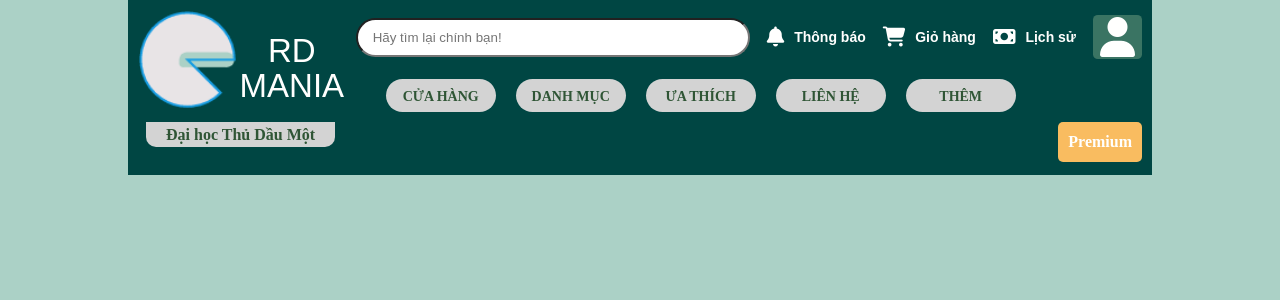
Repository: BinhTeach/rdmania
Page: Html/main.html
An editor plug-in stored every save of this project. The page is shown before and after a run of saves, followed by the edit.
The browser window is 1280 px wide. The pictures show the whole page.
Some web fonts or font styles are not loaded; a fallback is used. Some web libraries are served in a nearby version.

Above is the page before, as saved 2024-03-01 00:20:09.

After the next 2 saves:
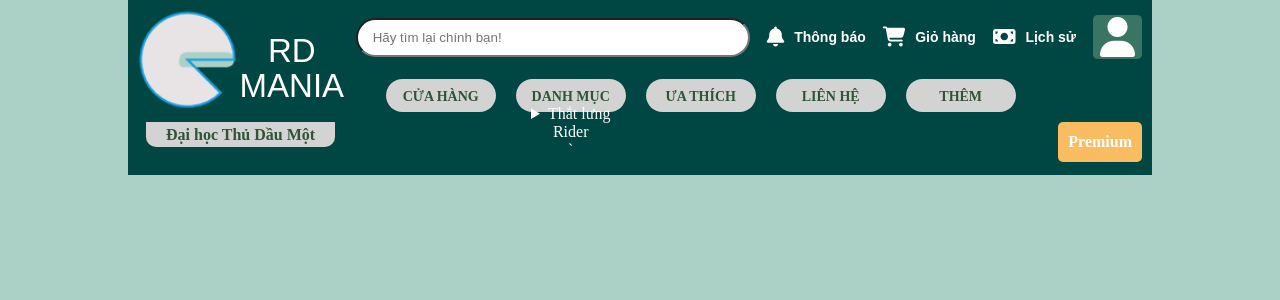
The 2 saves are shown as one change because they came seconds apart.
The last was saved 34 s later.
--- a/Css/styles.css
+++ b/Css/styles.css
@@ -270,9 +270,7 @@
     margin:10px;
     position: relative;
 }
-.header__nav--menu:hover a div{
-    display:block;
-}
+#sideBar__
 #sideBar__hidden{
     display:none;
     position: absolute;

After the 2 saves that followed:
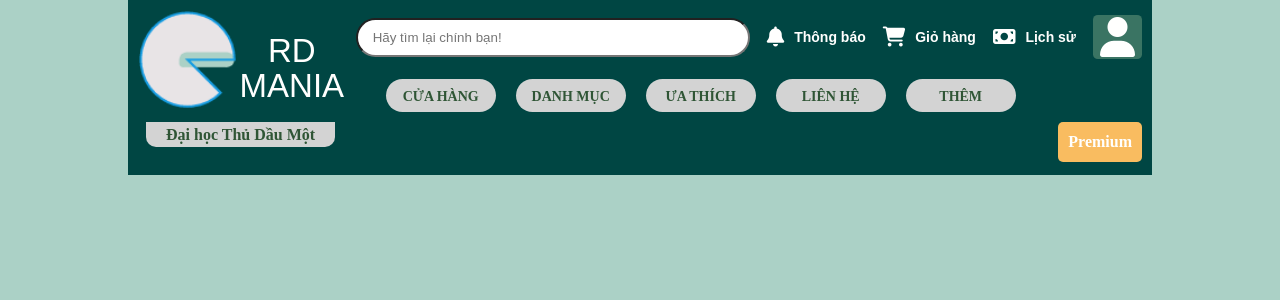
The 2 saves are shown as one change because they came seconds apart.
The last was saved 8 s later.
--- a/Css/styles.css
+++ b/Css/styles.css
@@ -270,7 +270,9 @@
     margin:10px;
     position: relative;
 }
-#sideBar__
+#sideBar__appear{
+    display:
+}
 #sideBar__hidden{
     display:none;
     position: absolute;
